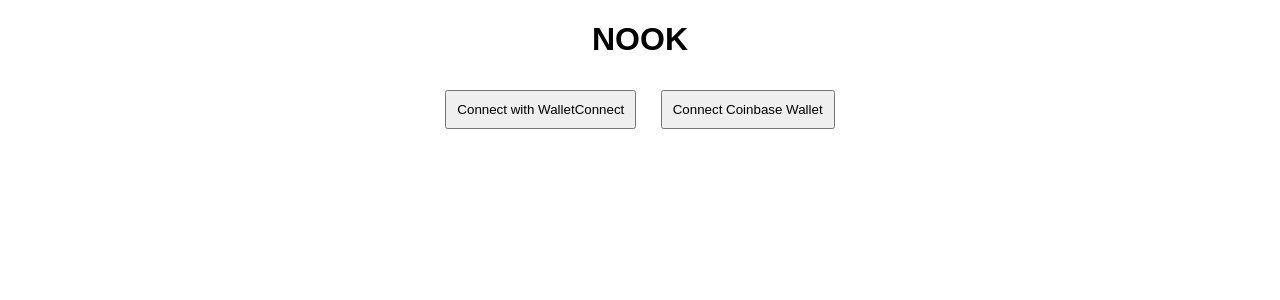
Repository: JoeIsaacson/_nook
Page: core.html
These files come from the project's save history. The page is drawn as it stood at one moment and after the next save; the edit follows.
The browser window is 1280 px wide. The pictures show the whole page.

Above is the page before, as saved 2024-09-07 18:07:34.

After the next save:
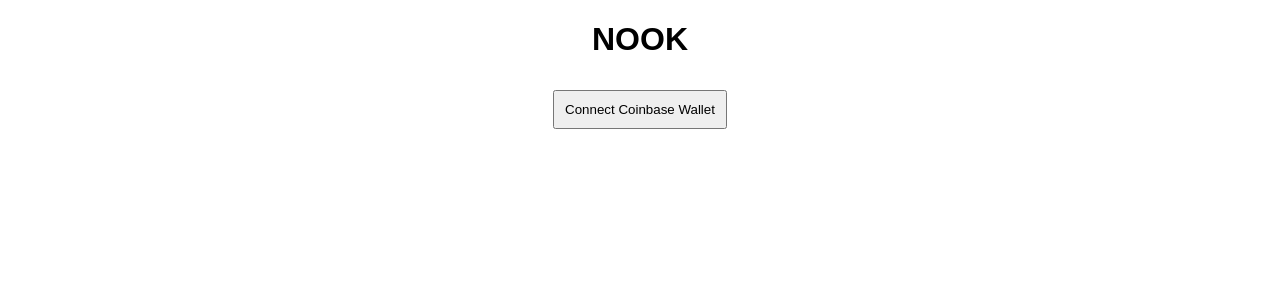
Saved 74 s later.
--- a/core.html
+++ b/core.html
@@ -8,13 +8,11 @@
         body { font-family: Arial, sans-serif; text-align: center; }
         button { margin: 10px; padding: 10px; }
     </style>
-    <script src="https://cdn.jsdelivr.net/npm/@walletconnect/web3-provider@1.7.1/dist/umd/index.min.js"></script>
     <script src="https://cdn.jsdelivr.net/npm/web3@1.5.2/dist/web3.min.js"></script>
     <script src="https://unpkg.com/@coinbase/wallet-sdk@3.6.3/dist/index.min.js"></script>
 </head>
 <body>
     <h1>NOOK</h1>
-    <button onclick="connectWallet()">Connect with WalletConnect</button>
     <button onclick="connectCoinbaseWallet()">Connect Coinbase Wallet</button>
     <div id="wallet-info"></div>
 
@@ -48,22 +46,6 @@
             document.getElementById('wallet-info').innerHTML = infoHtml;
         }
 
-        async function connectWallet() {
-            provider = new WalletConnectProvider.default({
-                infuraId: "6b5b19c61d1341ed91e2e9cf43dd8280"
-            });
-
-            try {
-                await provider.enable();
-                web3 = new Web3(provider);
-                const accounts = await web3.eth.getAccounts();
-                await updateWalletInfo(accounts[0]);
-            } catch (error) {
-                console.error('Failed to connect wallet:', error);
-                document.getElementById('wallet-info').innerHTML = 'Failed to connect wallet';
-            }
-        }
-
         async function connectCoinbaseWallet() {
             const CoinbaseWalletSDK = window.CoinbaseWalletSDK;
             const coinbaseWallet = new CoinbaseWalletSDK({
@@ -72,11 +54,11 @@
                 darkMode: false
             });
 
-            const ethereum = coinbaseWallet.makeWeb3Provider("https://mainnet.infura.io/v3/6b5b19c61d1341ed91e2e9cf43dd8280", 1);
+            provider = coinbaseWallet.makeWeb3Provider("https://mainnet.infura.io/v3/6b5b19c61d1341ed91e2e9cf43dd8280", 1);
 
             try {
-                const accounts = await ethereum.request({ method: 'eth_requestAccounts' });
-                web3 = new Web3(ethereum);
+                const accounts = await provider.request({ method: 'eth_requestAccounts' });
+                web3 = new Web3(provider);
                 await updateWalletInfo(accounts[0]);
             } catch (error) {
                 console.error('Failed to connect Coinbase Wallet:', error);
